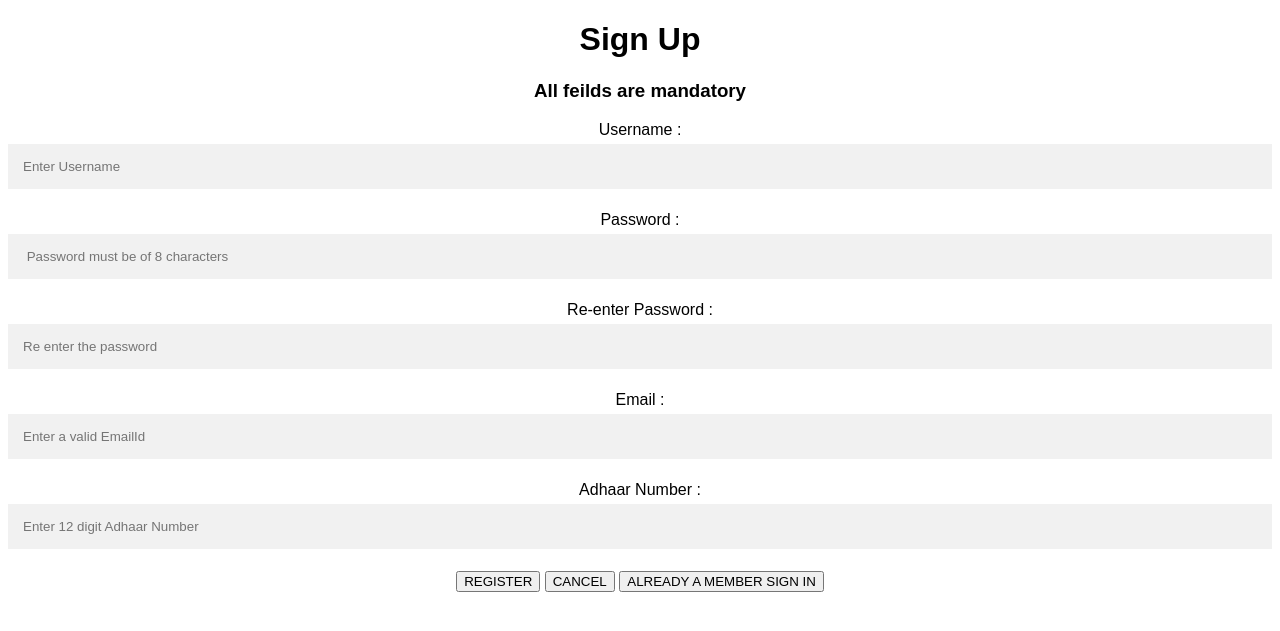
Repository: jchowdapurkar/Java-Project
Page: http://localhost/Registration/registration.jsp
An editor plug-in stored every save of this project. The page is shown before and after the next save, followed by the edit.
The browser window is 1280 px wide. The pictures show the whole page.
The page is served by Tomcat 9. Other server files are loaded and not shown.

Above is the page before, as saved 2018-07-16 18:50:16.

### Task Jsp/Registration/WebContent/registration.jsp
<%@ page language="java" contentType="text/html; charset=ISO-8859-1"
    pageEncoding="ISO-8859-1"%>
<!DOCTYPE html PUBLIC "-//W3C//DTD HTML 4.01 Transitional//EN" "http://www.w3.org/TR/html4/loose.dtd">
<html>
<style>
body {font-family: Arial, Helvetica, sans-serif;}
* {box-sizing: border-box}

/* Full-width input fields */
input[type=text], input[type=password],input[type=email] {
    width: 100%;
    padding: 15px;
    margin: 5px 0 22px 0;
    display: inline-block;
    border: none;
    background: #f1f1f1;
}


input[type=text]:focus, input[type=password]:focus, input[type=email]:focus {
    background-color: orange;
    outline: none;
}

hr {
    border: 1px solid #f1f1f1;
    margin-bottom: 25px;
}

/* Set a style for all buttons */
button {
    background-color: green;
    color: white;
    padding: 14px 20px;
    margin: 8px 0;
    border: none;
    cursor: pointer;
    width: 10%;
    opacity: 0.9;
}

button:hover {
    opacity:0.5;
}

/* Extra styles for the cancel button */
.cancelbtn {
    padding: 14px 20px;
    background-color: red;
}

/* Float cancel and signup buttons and add an equal width */
.cancelbtn, .signupbtn {
  float: left;
  width: 50%;
}

// Add padding to container elements //
.container {
    padding: 16px;
}

/* Clear floats */
.clearfix::after {
    content: "";
    clear: both;
    display: table;
}

/* Change styles for cancel button and signup button on extra small screens */
@media screen and (max-width: 50px) {
    .cancelbtn, .signupbtn {
       width: 10%;
    }
}
</style>
<head>
<meta http-equiv="Content-Type" content="text/html; charset=ISO-8859-1">
<title>Sign Up</title>
</head>
<body>
<div align="center">
<form action = "Registration" method ="post">
<h1>Sign Up</h1>
<h3>All feilds are mandatory</h3>
Username : <input type ="text" placeholder = "Enter Username" name = "username" required="required">
Password : <input type ="password" placeholder = " Password must be of 8 characters" name = "password"  required="required">
Re-enter Password :<input type = "password" placeholder = "Re enter the password" name = "re enter password" required = "required">
Email : <input type ="Email" placeholder = "Enter a valid EmailId" name = "email" required="required">
Adhaar Number : <input type ="text" placeholder = "Enter 12 digit Adhaar Number" name="adhaar"  required ="required">
<input type = "submit" value = "REGISTER">
<input type = "submit" value = "CANCEL">
<input type = "submit" value = "ALREADY A MEMBER SIGN IN">


</form>
</div>

</body>
</html>

After the next save:
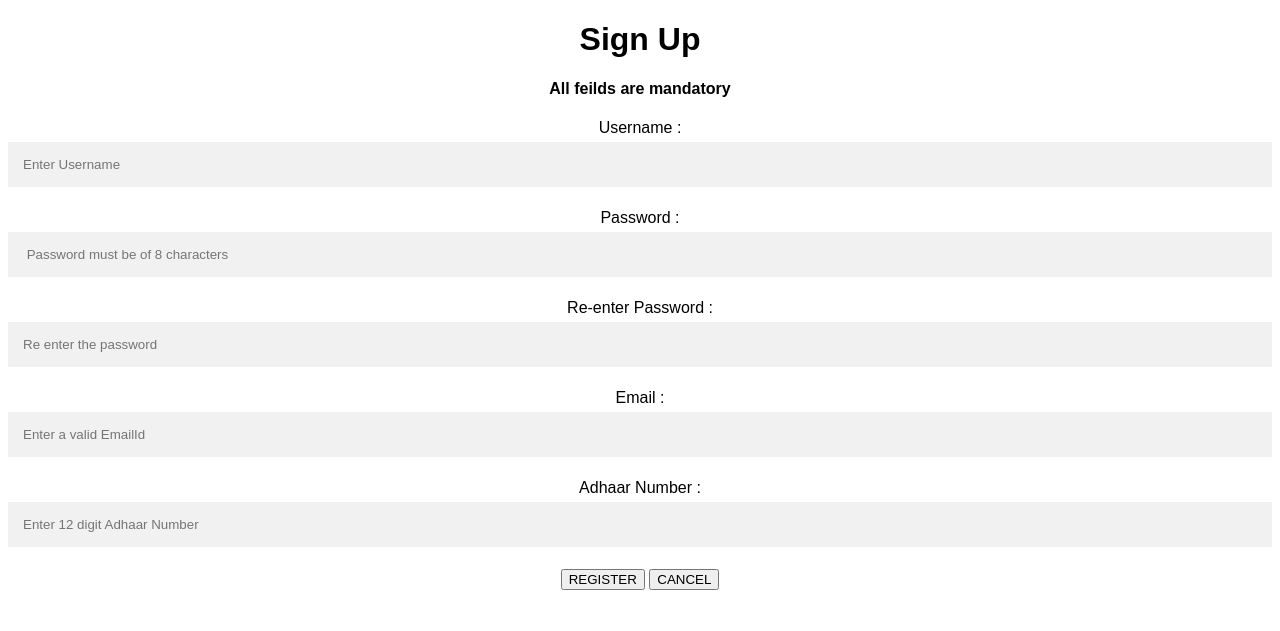
Saved 7 s later.
--- a/Task Jsp/Registration/WebContent/registration.jsp
+++ b/Task Jsp/Registration/WebContent/registration.jsp
@@ -82,7 +82,7 @@ button:hover {
 <div align="center">
 <form action = "Registration" method ="post">
 <h1>Sign Up</h1>
-<h3>All feilds are mandatory</h3>
+<h4>All feilds are mandatory</h4>
 Username : <input type ="text" placeholder = "Enter Username" name = "username" required="required">
 Password : <input type ="password" placeholder = " Password must be of 8 characters" name = "password"  required="required">
 Re-enter Password :<input type = "password" placeholder = "Re enter the password" name = "re enter password" required = "required">
@@ -90,7 +90,7 @@ Email : <input type ="Email" placeholder = "Enter a valid EmailId" name = "email
 Adhaar Number : <input type ="text" placeholder = "Enter 12 digit Adhaar Number" name="adhaar"  required ="required">
 <input type = "submit" value = "REGISTER">
 <input type = "submit" value = "CANCEL">
-<input type = "submit" value = "ALREADY A MEMBER SIGN IN">
+
 
 
 </form>
